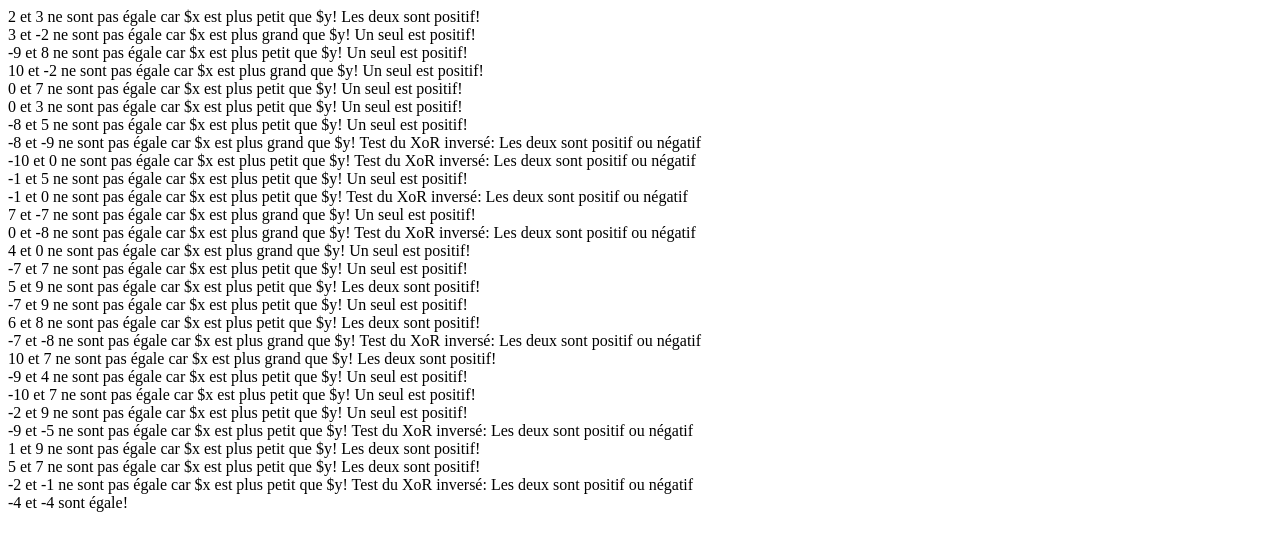
Repository: QuentinFayt/base-php-2021
Page: http://localhost/09-conditions.php
An editor plug-in stored every save of this project. The page is shown before and after the next save, followed by the edit.
The browser window is 1280 px wide. The pictures show the whole page.
The page is run by PHP 8.4 with error messages shown; the project is at /var/www/html/.

Above is the page before, as saved 2021-09-03 11:10:02.

### 09-conditions.php
<?php

do {
    $x = mt_rand(-10, 10);
    $y = mt_rand(-10, 10);
    if ($x === $y) {
        echo "$x et $y sont égale!</br>";
    } else {
        echo "$x et $y ne sont pas égale car";
        echo $x < $y ? ' $x est plus petit que $y! ' : ' $x est plus grand que $y! ';
        if (0 < $x && 0 < $y) {
            echo "Les deux sont positif!";
        } elseif (0 < $x || 0 < $y) {
            echo "Un seul est positif!";
        } else if (!(0 < $x ^ 0 < $y)) {
            echo " Test du XoR inversé: Les deux sont positif ou négatif";
        }
        echo "</br>";
    }
} while ($x !== $y);

After the next save:
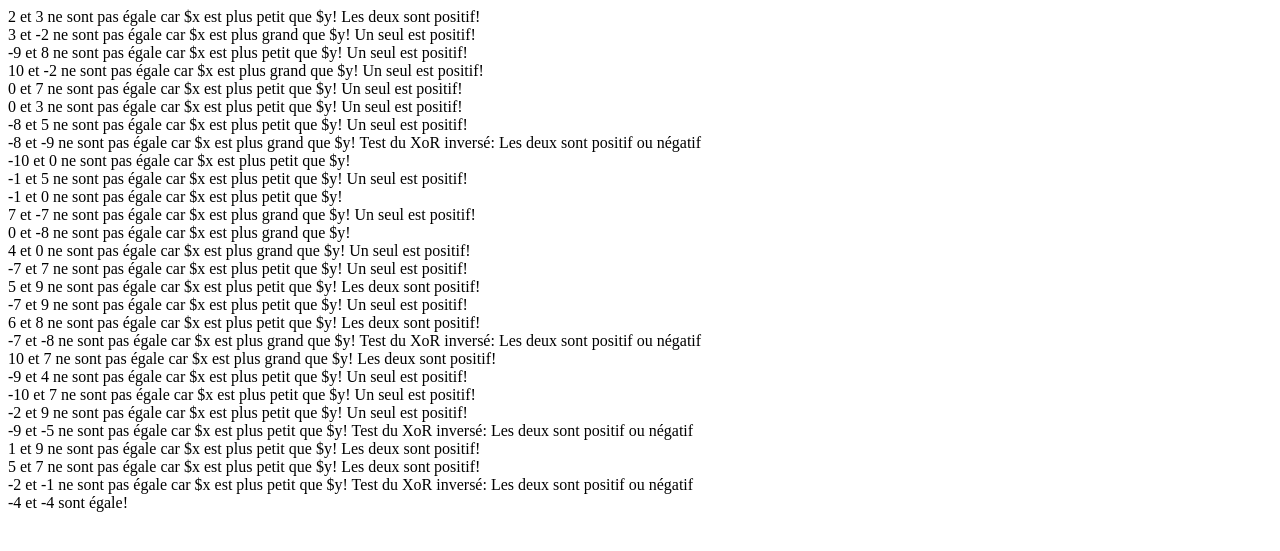
Saved 15 s later.
--- a/09-conditions.php
+++ b/09-conditions.php
@@ -12,7 +12,7 @@ do {
             echo "Les deux sont positif!";
         } elseif (0 < $x || 0 < $y) {
             echo "Un seul est positif!";
-        } else if (!(0 < $x ^ 0 < $y)) {
+        } else if (!(0 <= $x ^ 0 <= $y)) {
             echo " Test du XoR inversé: Les deux sont positif ou négatif";
         }
         echo "</br>";
